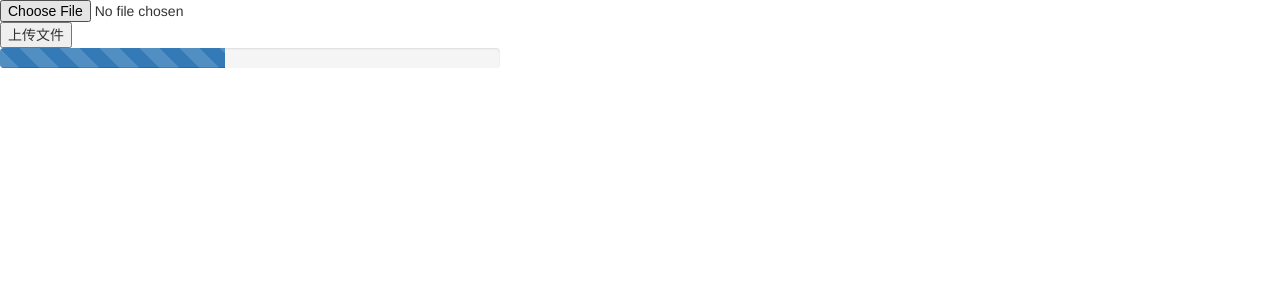
Repository: R1Deemo/ajax
Page: 计算文件的上传进度.html
These files come from the project's save history. The page is drawn as it stood at one moment and after the next save; the edit follows.
The browser window is 1280 px wide. The pictures show the whole page.

Above is the page before, as saved 2022-10-27 11:33:15.

### 计算文件的上传进度.html
<!DOCTYPE html>
<html lang="en">

<head>
    <meta charset="UTF-8">
    <meta http-equiv="X-UA-Compatible" content="IE=edge">
    <meta name="viewport" content="width=device-width, initial-scale=1.0">
    <title>Document</title>
    <link rel="stylesheet" href="./lib/bootstrap.css" />
</head>

<body>
    <input type="file" id="file1" />
    <button id="btnUpload">上传文件</button>

    <!-- bootstrap中的进度条 -->
    <div class="progress" style="width:500px">
        <div class="progress-bar progress-bar-striped active" role="progressbar" aria-valuenow="45" aria-valuemin="0" aria-valuemax="100" style="width: 45%">
            <span class="sr-only">45% Complete</span>
        </div>
    </div>
    <br/>
    <img src="" alt="" id="img" width="800">
</body>
<script>
    var btnUpload = document.querySelector('#btnUpload')
    btnUpload.addEventListener('click', function() {
        var files = document.querySelector('#file1').files

        if (files.length <= 0) {
            return alert('请选择文件')
        }
        var fd = new FormData()
        fd.append('avatar', files[0])

        // 创建xhr对象
        var xhr = new XMLHttpRequest()
            // 监听文件上传的进度
        xhr.upload.onprogress = function(e) {
            if (e.lengthComputable) {
                var procentComplete = Math.ceil((e.loaded / e.total) * 100)
                console.log(procentComplete)
            }
        }

        xhr.open('post', 'http://www.liulongbin.top:3006/api/upload/avatar')
        xhr.send(fd)

        xhr.onreadystatechange = function() {
            if (xhr.readyState === 4 && xhr.status === 200) {
                var data = JSON.parse(xhr.responseText)
                if (data.status === 200) {
                    document.querySelector('#img').src = 'http://www.liulongbin.top:3006' + data.url
                } else {
                    console.log('石板')
                }
            }
        }


    })
</script>

</html>

Loaded but not shown: lib/bootstrap.css (library)

After the next save:
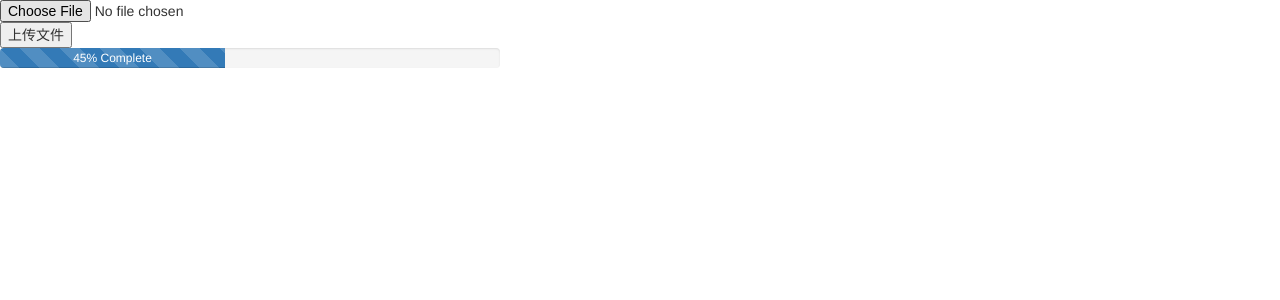
Saved 65 s later.
--- a/计算文件的上传进度.html
+++ b/计算文件的上传进度.html
@@ -15,8 +15,8 @@
 
     <!-- bootstrap中的进度条 -->
     <div class="progress" style="width:500px">
-        <div class="progress-bar progress-bar-striped active" role="progressbar" aria-valuenow="45" aria-valuemin="0" aria-valuemax="100" style="width: 45%">
-            <span class="sr-only">45% Complete</span>
+        <div class="progress-bar progress-bar-striped active" style="width: 45%">
+            45% Complete
         </div>
     </div>
     <br/>
